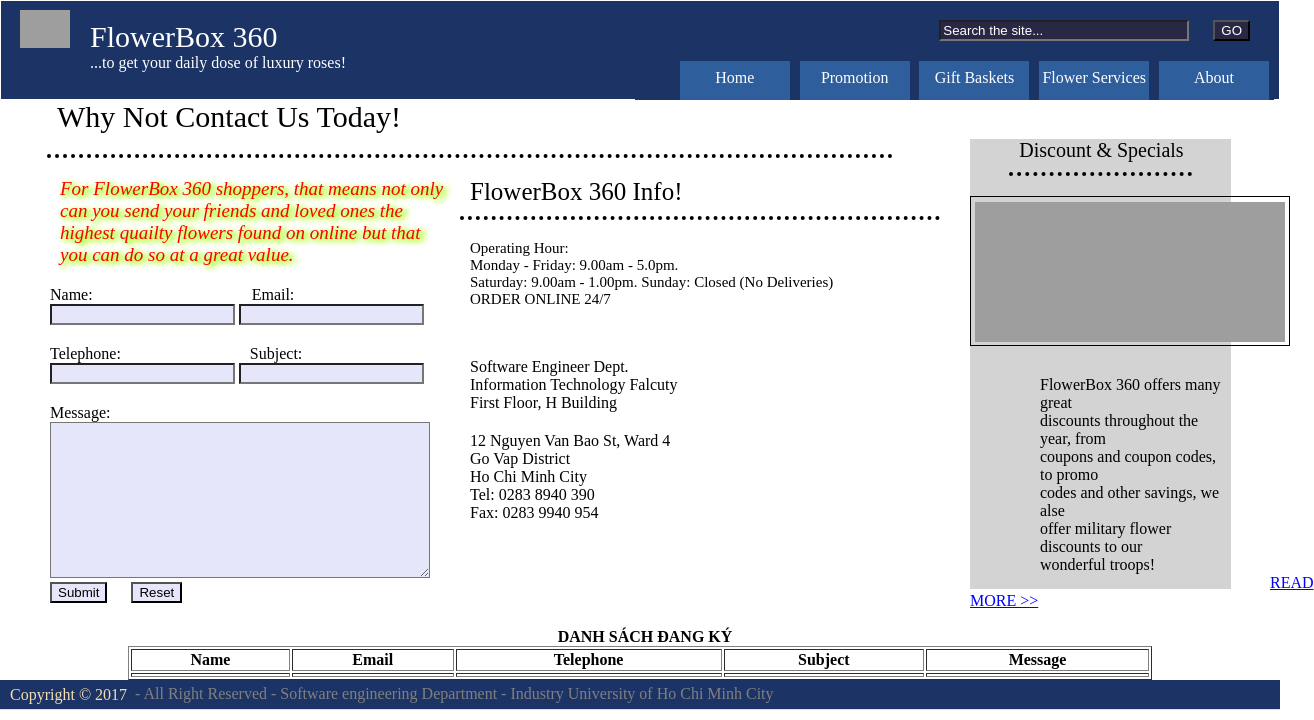
Repository: G1tHub-zer0/BTTH
Page: KT/index.html
An editor plug-in stored every save of this project. The page is shown before and after the next save, followed by the edit.
The browser window is 1280 px wide. The page is 1314 px wide, so the pictures cover 1314 px, including what lies to the right of the window. The pictures show the whole page.
Pictures or frames that could not be fetched are drawn as grey boxes.

Above is the page before, as saved 2024-04-12 14:16:29.

After the next save:
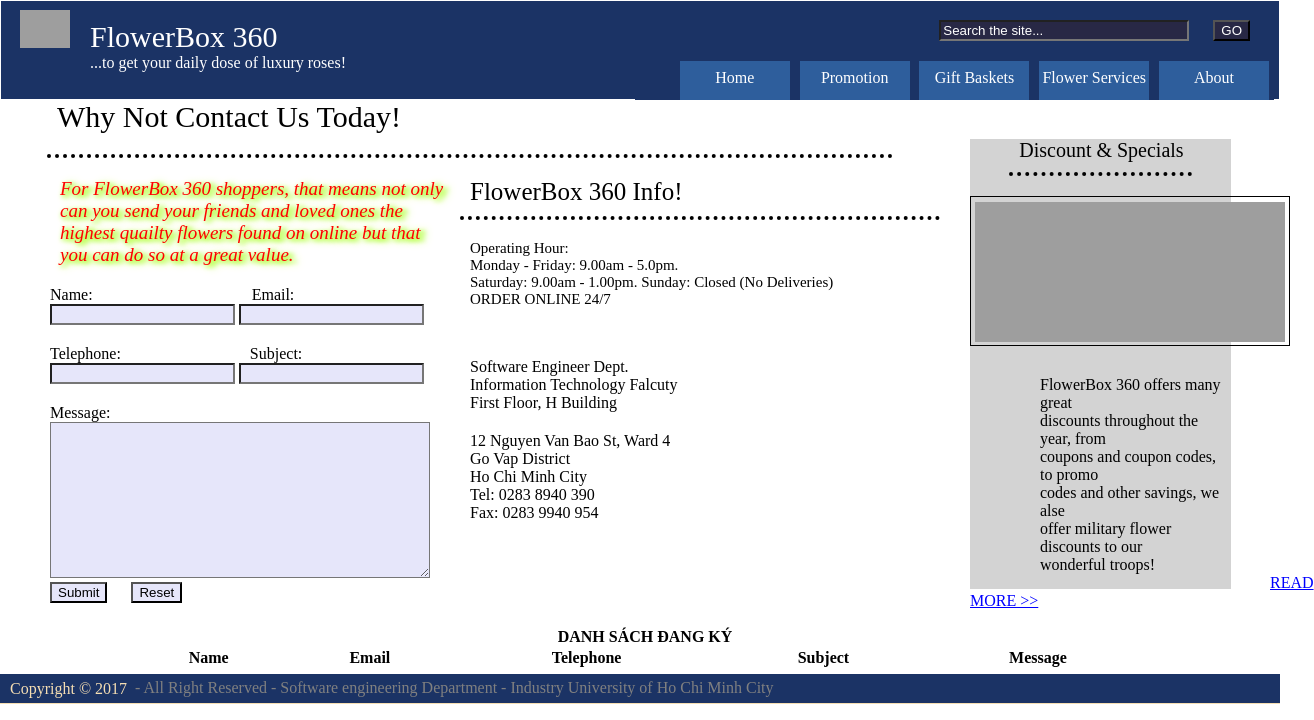
Saved 4 s later.
--- a/KT/index.html
+++ b/KT/index.html
@@ -135,7 +135,7 @@
             </div>
 
             <p style="font-weight: bold; text-align: center;">DANH SÁCH ĐANG KÝ</p>
-            <table style="width: 1px; width: 80%; text-align: center;" border="1px" width="80%" align="center">
+            <table style="width: 1px; width: 80%; text-align: center;">
                 <tr>
                     <td style="text-align: center; font-weight: bold;">Name</td>
                     <td style="text-align: center; font-weight: bold;">Email</td>
